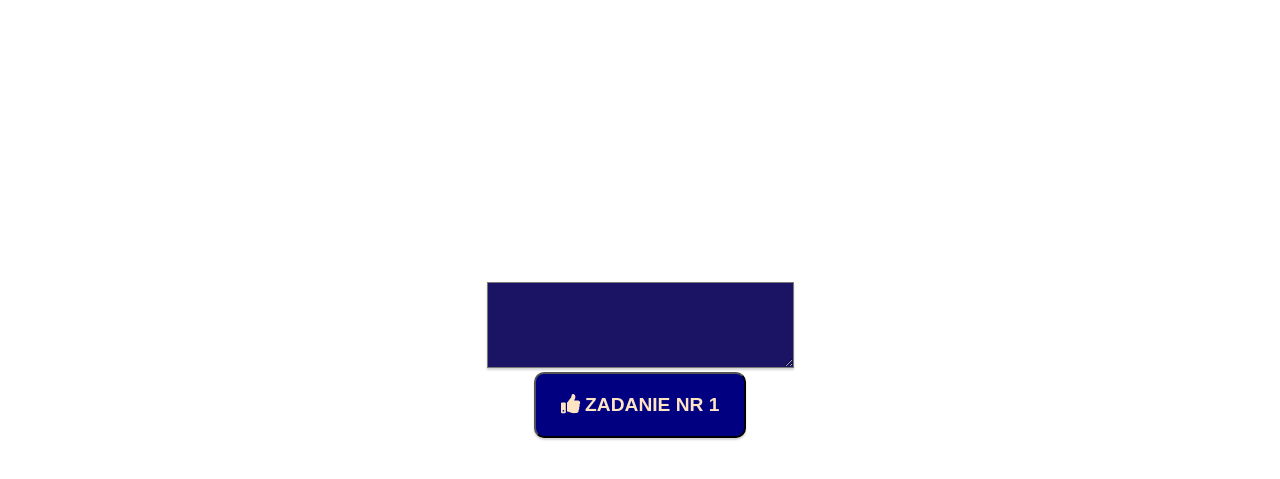
Repository: KrzysKolo/sr_tydzien3_zad_1_2_3
Page: /
The author's editor kept a copy of each file at every save. The page is drawn from the files as they stood at one save, then again after the next save.
The browser window is 1280 px wide. The pictures show the whole page.
The project was rebuilt for these pictures with package versions that can differ from the ones it lists, and the page was loaded fresh each time.

Above is the page before, as saved 2020-11-02 16:32:43.

After the next save:
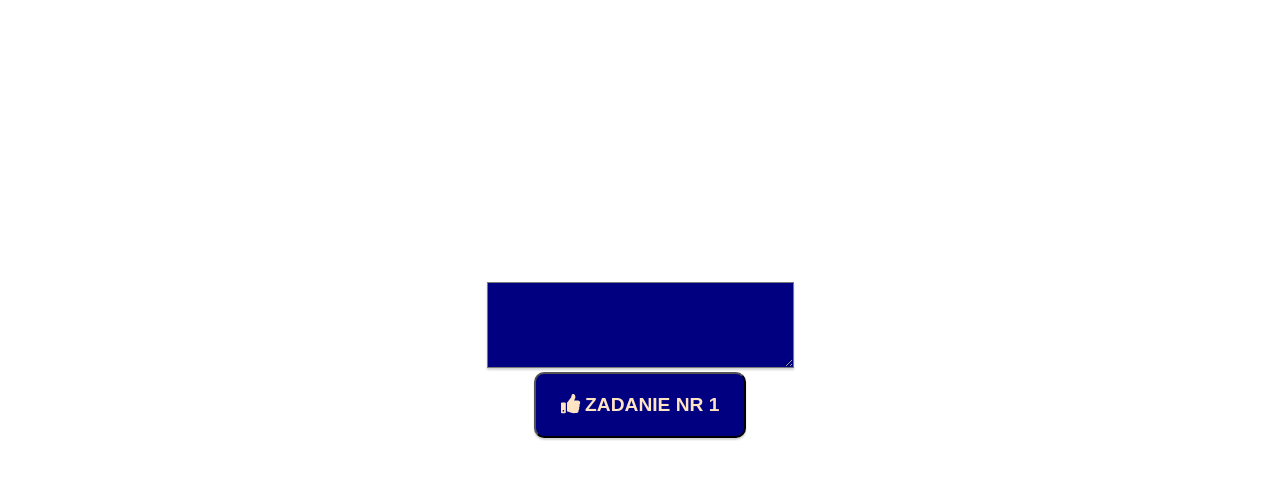
Saved 48 s later.
--- a/src/App.js
+++ b/src/App.js
@@ -11,7 +11,7 @@ class App extends Component {
 
     return (
       <div className="app">
-        <Textarea />
+        <Textarea bgColor="navy" color="bisque" value="Zadanie nr 1" />
         <Button  bgColor="navy" color="bisque" label="Zadanie nr 1" icon={faThumbsUp}/>
       </div>
      );
